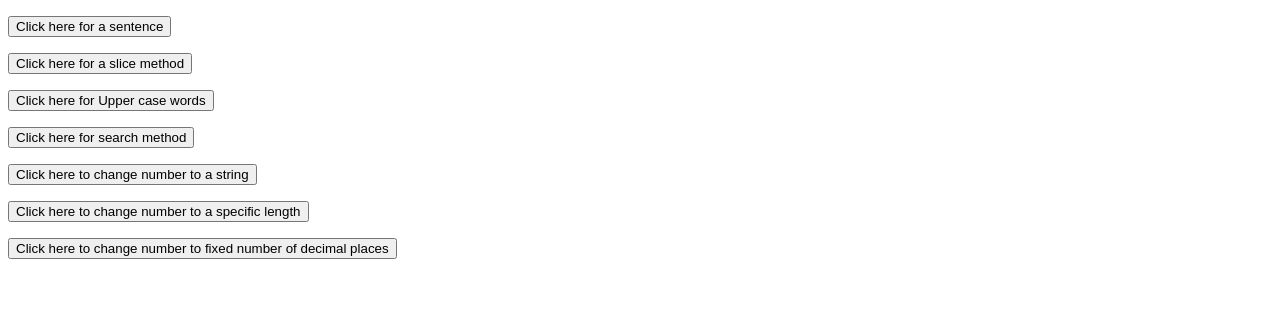
Repository: andyd71/Javascript-Projects
Page: Basic Javascript Projects/Project8_string_methods/index.html
An editor plug-in stored every save of this project. The page is shown before and after the next save, followed by the edit.
The browser window is 1280 px wide. The pictures show the whole page.
After loading, the first visible `button[onclick="fix_Method()"]` was clicked once.

Above is the page before, as saved 2021-03-04 12:23:19.
Console error: SyntaxError: Unexpected token '.'

After the next save:
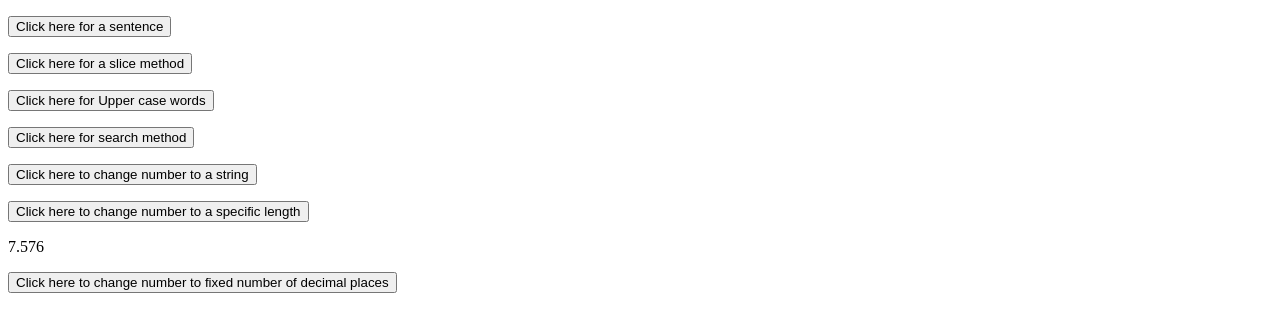
The error is gone.
Saved 37 s later.
--- a/Basic Javascript Projects/Project8_string_methods/JS/main.js
+++ b/Basic Javascript Projects/Project8_string_methods/JS/main.js
@@ -39,6 +39,6 @@
 
 function fix_Method() {
     var num = 7.57623;
-    var fix = num.toFixed(3),
+    var fix = num.toFixed(3);
     document.getElementById("Fix").innerHTML = fix;
 }
